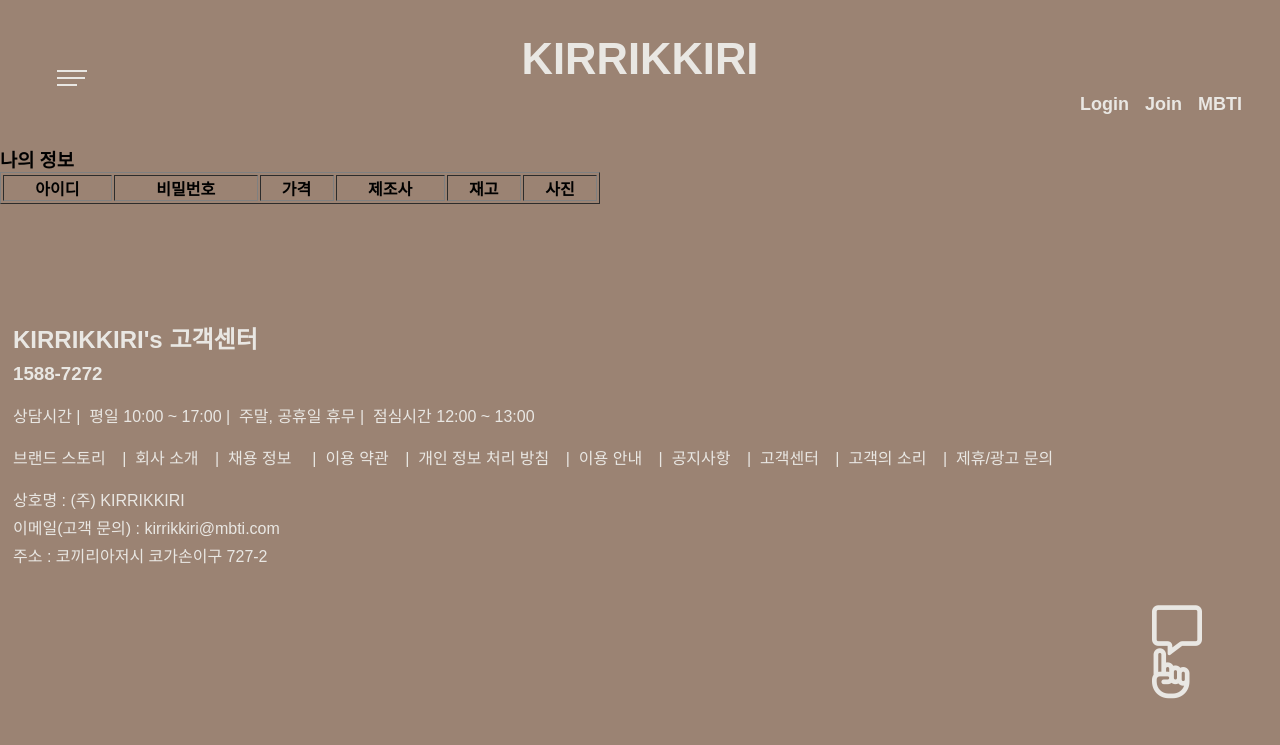
Repository: roditee/backend_mini_project
Page: http://localhost/spring_boot_backend_mini_project/WEB-INF/views/profileListView.jsp
The author's editor kept a copy of each file at every save. The page is drawn from the files as they stood at one save, then again after the next save.
The browser window is 1280 px wide. The pictures show the whole page.
Some web libraries are served in a nearby version. The page is served by Tomcat 9. Nobody is signed in. Other server files are loaded and not shown. The template is opened directly, without the code that normally fills it, so the values that code supplies are empty.

Above is the page before, as saved 2022-01-19 07:48:19.

### spring_boot_backend_mini_project/src/main/webapp/WEB-INF/views/profileListView.jsp
<%@ page language="java" contentType="text/html; charset=UTF-8"
    pageEncoding="UTF-8"%>
<%@ taglib prefix="c" uri="http://java.sun.com/jsp/jstl/core" %>
<!DOCTYPE html>
<html>
	<head>
		<meta charset="UTF-8">
		<title>나의 정보</title>
	</head>
	<body>

		<!-- TOP -->
		<jsp:include page="/WEB-INF/views/layout/top.jsp" flush='true'/>

		<section>
			<h3>나의 정보</h3>
			<table border="1" width="600">
				<tr><th>아이디</th><th>비밀번호</th><th>가격</th>
						<th>제조사</th><th>재고</th><th>사진</th></tr>

			   <c:forEach items="${infoList }" var="info">
			   	<tr><td>${info.memId }</a></td>
			   			<td>${info.memPwd }</td>
			   			<td>${info.memEmail }</td>
			   			<td>${info.memJoinDate }</td>
			   			<td>${info.memMbti }</td>
			   			<td>${info.memHp }</td>
			   			<td>${info.memZipcode }</td>
			   			<td>${info.memAddress1 }</td>
			   			<td>${info.memAddress2 }</td>
			   	</tr>
			   </c:forEach>
			</table><br>
		</section>

		<!-- BOTTOM -->
		<jsp:include page="/WEB-INF/views/layout/bottom.jsp" flush='true'/>

	</body>
</html>

### spring_boot_backend_mini_project/src/main/webapp/WEB-INF/views/layout/top.jsp
<%@ page language="java" contentType="text/html; charset=UTF-8"
    pageEncoding="UTF-8"%>
<%@ taglib prefix="c" uri="http://java.sun.com/jsp/jstl/core"%>
<!DOCTYPE html>
<html>
	<head>
	    <meta charset="UTF-8">
	    <meta http-equiv="X-UA-Compatible" content="IE=edge">
	    <meta name="viewport" content="width=device-width, initial-scale=1.0">
	    <title>KIRRIKKIRI : MBTI 기반 정보 공유</title>
	    <link href="<c:url value='/css/common.css'/>" rel="stylesheet" type="text/css">
	    <link href="<c:url value='/css/menu.css'/>" rel="stylesheet" type="text/css">
	    <link href="<c:url value='/css/mainBanner.css'/>" rel="stylesheet" type="text/css">
	    <link href="<c:url value='/css/section.css'/>" rel="stylesheet" type="text/css">
	    <link href="<c:url value='/css/productDetailView.css'/>" rel="stylesheet" type="text/css">
			<script src="<c:url value='/js/jquery-3.6.0.min.js'/>"></script>
			<script src="<c:url value='/js/main.js'/>"></script>
			<script src="<c:url value='/js/menu.js'/>"></script>
			<script src="<c:url value='/js/chatbot.js'/>"></script>
			<script src="<c:url value='/js/mainBanner.js'/>"></script>
			<script src="<c:url value='/js/zoomImage.js'/>"></script>
	    <script src="<c:url value='/js/mainImg.js'/>"></script>
	    <script src="<c:url value='/js/modal.js'/>"></script>
	    <script src="<c:url value='/js/moveScreen.js'/>"></script>
	    <script src="<c:url value='/js/selectBox.js'/>"></script>
	    <script src="<c:url value='/js/cart.js'/>"></script>
	    <script src="https://kit.fontawesome.com/2d323a629b.js" crossorigin="anonymous"></script>
    </head>
	<body>
		<header>
			<div id="header">
				<div id="mainLogo"><a href="<c:url value='/'/>"><h2>KIRRIKKIRI</h2></a></div>
            	<div id="userManageBtn">
            		<!-- 메뉴 : 로그인 하지 않은 경우  -->
								<c:if test="${empty sessionScope.sid }">
									<a href="<c:url value='/mbtiInfo'/>">MBTI</a>
                  <a href="<c:url value='/join'/>">Join</a>
                  <a href="<c:url value='/login'/>">Login</a>
								</c:if>

								<!-- 메뉴 : 로그인 한 경우  -->
								<c:if test="${not empty sessionScope.sid}">
									<a href="<c:url value='/logout'/>">로그아웃</a>
									<a href="<c:url value='/cart'/>">장바구니</a>
									<a href="<c:url value='/mbtiInfo'/>">MBTI</a>
									<a href="<c:url value='/myFeed'/>">${sessionScope.sid}'s Feed</a>
								</c:if>

                </div>
            </div>
		</header>

        <nav>
            <div class="menu-btn">
                <div class="line line--1"></div>
                <div class="line line--2"></div>
                <div class="line line--3"></div>
            </div>

            <div class="nav-links">
                <ul id="menuGroup">
                    <li class="menu link"><a href="#">NOTICE</a>
                        <ul class="hide">
                            <li class="subMenu"><a href="<c:url value='/'/>">HOME</a></li>
                            <li class="subMenu"><a href="<c:url value='/'/>">공지사항</a></li>
                            <li class="subMenu"><a href="<c:url value='/'/>">EVENT</a></li>
                            <li class="subMenu"><a href="<c:url value='/'/>">FAQ</a></li>
                        </ul>
                    </li>
                    <li class="menu link"><a href="#">MBTI</a>
                        <ul class="hide">
                            <li class="subMenu"><a href="#hotItemsSection">인기 게시글</a></li>
                            <li class="subMenu"><a href="#KIRRIRecommendSection">KIRRI 추천 게시글</a></li>
                            <li class="subMenu"><a href="<c:url value='/mbtiInfo'/>">MBTI 유형별 특징</a></li>
                        </ul>
                    </li>
                    <li class="menu link"><a href="#">KIRRI'S</a>
                        <ul class="hide">
                        		<li class="subMenu"><a href="<c:url value='/'/>">KIRRI's 굿즈</a></li>
                            <li class="subMenu"><a href="<c:url value='/'/>">BrandStory</a></li>
                            <li class="subMenu"><a href="<c:url value='/'/>">주요 사업</a></li>
                            <li class="subMenu"><a href="<c:url value='/'/>">오시는 길</a></li>
                        </ul>
                    </li>
                    <li class="menu link"><a href="#">mbti메뉴</a>
                        <ul class="hide">
                            <li class="subMenu"><a href="<c:url value='/'/>">INTJ</a></li>
                            <li class="subMenu"><a href="<c:url value='/'/>">INTP</a></li>
                            <li class="subMenu"><a href="<c:url value='/'/>">ENTJ</a></li>
                            <li class="subMenu"><a href="<c:url value='/'/>">ENTP</a></li>
                            <li class="subMenu"><a href="<c:url value='/'/>">INFJ</a></li>
                            <li class="subMenu"><a href="<c:url value='/'/>">INFP</a></li>
                            <li class="subMenu"><a href="<c:url value='/'/>">ENFJ</a></li>
                            <li class="subMenu"><a href="<c:url value='/'/>">ENFP</a></li>
                            <li class="subMenu"><a href="<c:url value='/'/>">ISTJ</a></li>
                            <li class="subMenu"><a href="<c:url value='/'/>">ISFJ</a></li>
                            <li class="subMenu"><a href="<c:url value='/'/>">ESTJ</a></li>
                            <li class="subMenu"><a href="<c:url value='/'/>">ESFJ</a></li>
                            <li class="subMenu"><a href="<c:url value='/'/>">ISTP</a></li>
                            <li class="subMenu"><a href="<c:url value='/'/>">ISFP</a></li>
                            <li class="subMenu"><a href="<c:url value='/'/>">ESTP</a></li>
                            <li class="subMenu"><a href="<c:url value='/'/>">ESFP</a></li>
                        </ul>
                    </li>
                </ul>
            </div>
        </nav>
	</body>
</html>

### spring_boot_backend_mini_project/src/main/webapp/WEB-INF/views/layout/bottom.jsp
<%@ page language="java" contentType="text/html; charset=UTF-8"
    pageEncoding="UTF-8"%>
<%@ taglib prefix="c" uri="http://java.sun.com/jsp/jstl/core" %>
<!DOCTYPE html>
<html>
	<head>
		<meta charset="UTF-8">
		<title>KIRRIKKIRI : MBTI 기반 정보 공유</title>
	</head>
	<body>
		<footer>
            <div id="footer">
                <div id="footerInfo">
                    <div id="info1">
                        <h2>KIRRIKKIRI's 고객센터</h2>
                        <h3>1588-7272</h3>
                    </div>
                    <div id="info2">
                        상담시간&nbsp;|&nbsp;
                        평일 10:00 ~ 17:00&nbsp;|&nbsp;
                        주말, 공휴일 휴무&nbsp;|&nbsp;
                        점심시간 12:00 ~ 13:00
                    </div>
                    <div id="info3">
                        <a href="<c:url value='/'/>">브랜드 스토리</a>&nbsp;|&nbsp;
                        <a href="<c:url value='/'/>">회사 소개</a>&nbsp;|&nbsp;
                        <a href="<c:url value='/'/>">채용 정보 </a>&nbsp;|&nbsp;
                        <a href="<c:url value='/'/>">이용 약관</a>&nbsp;|&nbsp;
                        <a href="<c:url value='/'/>">개인 정보 처리 방침</a>&nbsp;|&nbsp;
                        <a href="<c:url value='/'/>">이용 안내</a>&nbsp;|&nbsp;
                        <a href="<c:url value='/'/>">공지사항</a>&nbsp;|&nbsp;
                        <a href="<c:url value='/'/>">고객센터</a>&nbsp;|&nbsp;
                        <a href="<c:url value='/'/>">고객의 소리</a>&nbsp;|&nbsp;
                        <a href="<c:url value='/'/>">제휴/광고 문의</a>
                    </div>
                    <div id="info4">
                        상호명 : (주) KIRRIKKIRI<br/>
                        이메일(고객 문의) : kirrikkiri@mbti.com<br/>
                        주소 : 코끼리아저시 코가손이구 727-2
                    </div>
                </div>
                <div id="toTop">
                    <i id="toTopBtn" class="far fa-hand-point-up"></i>
                </div>
                <div id="chat">
                    <i id="chatbot" class="far fa-comment-alt"></i>
                </div>
            </div>
        </footer>
	</body>
</html>

### spring_boot_backend_mini_project/src/main/resources/static/css/common.css
* {
  margin: 0;
  padding: 0;
  box-sizing: border-box;
}

html {
  scroll-behavior: smooth;
}

html,
body {
  height: 100%;
}

body {
  background: #9b8373;
}
#wrap {
  width: 1500px;
  margin: 0 auto;
}

/************* Header ************/
#header {
  position: relative;
  width: 100%;
  height: 120px;
  background: #9b8373;
  text-align: center;
}

/* main logo */
#mainLogo {
  padding: 10px;
  margin-top: 25px;
}

#mainLogo a {
  text-decoration: none;
  color: #e9e7e3;
  margin-top: 17px;
  font-size: 29px;
}

#mainLogo h2 {
  display: inline;
}

/* btn */
#userManageBtn {
  margin-right: 30px;
}

#userManageBtn > a {
  float: right;
  color: #e9e7e3;
  text-decoration: none;
  font-size: 18px;
  font-weight: bold;
  padding: 0 8px;
}

#userManageBtn > a:hover {
  color: black;
}

/************* SearchBar ************/
#SearchBarBox {
  padding: 50px 0;
}

#SearchBar {
  display: flex;
  justify-content: space-evenly;
  align-items: center;
  width: 40%;
  height: 65px;
  font-size: 20px;
  background-color: #e0d0c0;
  border-radius: 50px;
  padding: 0 20px;
  margin: 0 auto;
}

#SearchBar > div:nth-child(2) {
  width: 80%;
}

#SearchBar:hover {
  background-color: rgb(209, 192, 175);
}

#searchBarInput {
  width: 100%;
  height: 40px;
  background: transparent;
  border: none;
  padding-left: 25px;
  font-size: 20px;
}

#searchBarInput:focus {
  outline: none;
}

#searchBtn {
	visibility: hidden;
}

#SearchBar i:hover {
  opacity: 0.5;
}

/* hotItems */

.mbtiItemsImg {
  box-shadow: 10px 10px 10px -5px rgba(25, 42, 70, 0.2);
  border-radius: 8px;
  margin: 0 10px;
  transition: 0.4s;
  flex-shrink: 0;
}

.mbtiItemsImg:hover {
  box-shadow: 10px 10px 10px 0px rgba(25, 42, 70, 0.2);
  transform: translate(0, -5px);
}

#hotItemsSection {
  margin-top: 145px;
}

.class-list {
  display: flex;
  list-style: none;
  padding: 1rem 0;
  margin: 0;
  overflow: none;
}

a {
  text-decoration-line: none;
}

.class-card {
  height: 300px;
  width: 200px;
  margin: 0 20px;
  transition: 0.4s;
  border-radius: 20px;
  box-shadow: 10px 10px 10px -5px rgba(25, 42, 70, 0.2);
  background-color: #947070;
  transition: 0.4s;
  flex-shrink: 0;
}

.class-card2 {
  height: 450px;
  width: 400px;
  margin: 0 20px;
  transition: 0.4s;
  border-radius: 20px;
  box-shadow: 10px 10px 10px -5px rgba(25, 42, 70, 0.2);
  background-color: #947070;
  transition: 0.4s;
  flex-shrink: 0;
}

.class-card:hover {
  box-shadow: 10px 10px 10px 0px rgba(25, 42, 70, 0.2);
  transform: translate(0, -5px);
}

.class-card2:hover {
  box-shadow: 10px 10px 10px 0px rgba(25, 42, 70, 0.2);
  transform: translate(0, -5px);
}

.class-image {
  max-width: 200px;
  border-radius: 8px 8px 0 0;
}

.class-image2 {
  max-width: 400px;
  max-height: 300px;
  border-radius: 8px 8px 0 0;
}

.class-container {
  width: 100%;
  padding: 0.5rem 1rem 1rem 1rem;
}

.class-skill {
  display: flex;
  justify-content: space-between;
  align-items: center;
}

.class-type {
  font-size: 0.9rem;
  color: #e9e7e3;
}

.class-format {
  font-size: 0.9rem;
  color: #fff;
  background-color: #bd8f3c;
  padding: 0.2rem;
}

.class-desc {
  width: 100%;
  margin-top: 1rem;
  color: #e9e7e3;
}

.class-desc:hover {
  color: #f8b132;
}

.class-title {
  font-weight: bold;
  color: inherit;
  width: 100%;
  white-space: nowrap;
  overflow: hidden;
  text-overflow: ellipsis;
  margin-bottom: 0.5rem;
}

.class-detail {
  font-size: 0.9rem;
  color: inherit;
  line-height: 1.5rem;
}

/************* Footer ************/
#footer {
  margin-top: 150px;
  width: 100%;
  height: 400px;
  padding: 80px 13px 35px 13px;
  background: #9b8373;
}

/* info */
#info1 h3 {
  margin-top: 8px;
}

#footerInfo > div {
  margin-top: 18px;
  color:#e9e7e3;
}

#footer a {
  text-decoration: none;
  color: #e9e7e3;
  margin: 0 12px 0 0;
}

#info4 {
  line-height: 28px;
}

/* toTopBtn */
#toTopBtn {
  position: fixed;
  top: 90%;
  left: 90%;
  font-size: 50px;
  color:#e9e7e3;
}

#toTopBtn:hover {
  opacity: 0.7;
  cursor: pointer;
}

/* chatbot */
#chatbot {
  position: fixed;
  top: 84%;
  left: 90%;
  font-size: 50px;
  color:#e9e7e3;
}

#chatbot:hover {
  opacity: 0.7;
  cursor: pointer;
}

### spring_boot_backend_mini_project/src/main/resources/static/css/menu.css
/************* Menu ************/
nav {
  /* overflow: hidden; */
  position: relative;
  transform: translateX(-170px);
  width: 270px;
  transition: all 800ms cubic-bezier(0.8, 0, 0.33, 1);
  border-radius: 0% 0% 100% 50%;
}

nav.nav-open {
  transform: translateX(0px);
  border-radius: 0% 0% 0% 0%;
  background: rgba(255, 255, 255, 0.6);
  z-index: 10000;
}

nav .menu-btn {
  position: fixed;
  top: -80px;
  left: 84%;
  padding: 0;
  width: 30px;
  cursor: pointer;
  z-index: 2;
}

nav .menu-btn .line {
  padding: 0;
  width: 30px;
  background:#e9e7e3;
  height: 2px;
  margin: 5px 0;
  transition: all 700ms cubic-bezier(0.9, 0, 0.33, 1);
}

nav .menu-btn .line.line--1 {
  width: 30px;
  transform: rotate(0) translateY(0);
}

nav .menu-btn .line.line--1.line-cross {
  width: 30px;
  transform: rotate(45deg) translateY(10px);
  background: #e9e7e3;
}

nav .menu-btn .line.line--2 {
  width: 28px;
  transform: translateX(0);
}

nav .menu-btn .line.line--2.line-fade-out {
  width: 28px;
  transform: translate(30px);
  opacity: 0;
}

nav .menu-btn .line.line--3 {
  width: 20px;
  transform: rotate(0) translateY(0);
}

nav .menu-btn .line.line--3.line-cross {
  width: 30px;
  transform: rotate(-45deg) translateY(-10px);
  background: #e9e7e3;
}

nav .nav-links {
  position: absolute;
  left: 0;
  top: 0;
  width: 100%;
  height: 100%;
  display: flex;
  flex-direction: column;
  justify-content: center;
  transform: translateX(-100px);
  opacity: 0;
  transition: all 900ms cubic-bezier(0.9, 0, 0.33, 1);
}

nav .nav-links.fade-in {
  opacity: 1;
  transform: translateX(0px);
}

nav .nav-links .link {
  margin: 20px 0 30px 0;
  text-decoration: none;
  font-family: sans-serif;
  color: #e9e7e3;
  font-weight: 700;
  text-transform: uppercase;
  font-size: 10px;
  transition: all 300ms cubic-bezier(0.9, 0, 0.33, 1);
}

nav .nav-links .link:hover {
  color: #e9e7e3;
}

.link a {
  margin: 0 20px;
  color: rgb(70, 53, 40);
  font-size: 18px;
  transition: all 400ms ease;
  font-size: 18px;
}

a:hover {
  color: #8b6452;
}

#subMenuList {
  list-style: none;
}

#menuGroup {
  list-style: none;
  position: absolute;
  top: -100px;
  background: #e0d0c0;
  z-index: 100;
  border-top-right-radius: 78px;
  border-bottom-right-radius: 78px;
  width: 205px;
}

.menu .hide {
  display: none;
}

.hide {
  list-style: none;
  padding-left: 10px;
  padding-top: 4px;
}

.subMenu {
  margin-bottom: 3px;
}

.subMenu > a {
  text-decoration: none;
}

### spring_boot_backend_mini_project/src/main/resources/static/css/mainBanner.css
/* mainBanner.css */

#mainBanner {
  position: relative;
  width: 100%;
  height: 570px;
  background: #f4f2f1;
  z-index: -100;
}

/* 폰트 적용 */
@import url(//fonts.googleapis.com/earlyaccess/notosanskr.css);

html {
  font-family: "Noto Sans KR", sans-serif;
}

/* 노말라이즈 */
body,
ul,
li,
h1,
h2,
h3,
h4,
h5 {
  margin: 0;
  padding: 0;
  list-style: none;
}

a {
  color: inherit;
  text-decoration: none;
}

/* 커스텀 */

/* 슬라이더 1 시작 */
.slider-1 {
  height: 400px;
  position: relative;
}

/* 슬라이더 1 - 페이지 버튼 */
.slider-1 > .page-btns {
  text-align: center;
  position: absolute;
  bottom: 20px;
  left: 0;
  width: 100%;
}

.slider-1 > .page-btns > div {
  width: 20px;
  height: 20px;
  background-color: rgba(255, 255, 255, 0.5);
  border-radius: 4px;
  display: inline-block;
  cursor: pointer;
}

.slider-1 > .page-btns > div.active {
  background-color: rgba(255, 255, 255, 1);
}

/* 슬라이더 1 - 슬라이드 */

.slider-1 > .slides > div {
  position: absolute;
  top: 0;
  left: 0;
  right: 0;
  bottom: 0;
  opacity: 0;
  transition: opacity 0.3s;
  background-position: center;
  background-size: cover;
  background-repeat: no-repeat;
}

.slider-1 > .slides > div.active {
  opacity: 1;
}

/* 슬라이더 좌우 버튼 */
.slider-1 > .side-btns > div {
  position: absolute;
  top: 0;
  left: 0;
  width: 25%;
  height: 100%;
  cursor: pointer;
}
.slider-1 > .side-btns > div:last-child {
  left: auto;
  right: 0;
}
.slider-1 > .side-btns > div > span {
  position: absolute;
  top: 50%;
  left: 20px;
  transform: translatey(-50%);
  background-color: white;
  opacity: 0.5;
  padding: 1px 13px;
  border-radius: 50px;
  font-size: 25px;
}
.slider-1 > .side-btns > div:last-child > span {
  left: auto;
  right: 20px;
}

/* 슬라이더 1 끝 */

/************* prev/next Button ************/
#prevNextBtnGroup {
  position: relative;
  z-index: 10;
}

#prevBtn {
  position: absolute;
  top: 240px;
  left: 2%;
  width: 65px;
  opacity: 0.6;
  cursor: pointer;
  color: red;
}

#nextBtn {
  position: absolute;
  top: 240px;
  right: 2%;
  width: 65px;
  opacity: 0.6;
  cursor: pointer;
  color: red;
}

#prevBtn:hover {
  opacity: 0.8;
}
#nextBtn:hover {
  opacity: 0.8;
}

/************* slideBanner ************/
#slideBannerGroup {
  width: 100%;
  height: 530px;
  overflow: hidden;
  text-align: center;
}

#slideBanner {
  position: relative;
  width: 7500px;
  height: 530px;
}

.bannerItems {
  float: left;
  width: 1500px;
  height: 530px;
}

/************* 배너 하단 control Button ************/
#bannerControlGroup {
  margin: 0 auto;
  width: 160px;
  text-align: center;
}

.bannerControl {
  margin: 15px 5px 0 5px;
  width: 12px;
  height: 12px;
}

### spring_boot_backend_mini_project/src/main/resources/static/css/section.css
/************* Section ************/

/************* MBTI Category ************/
#mbtiCtgGroup {
  width: 100%;
  height: 300px;
  margin-top: 40px;
  background: #9b8373;
  height: 205px;
  padding: 23px 0;
}

.mbtiCtg {
  display: flex;
  list-style: none;
  justify-content: space-evenly;
  margin: 17px 70px 0px 70px;
}

.mbtiItemsImg > img {
  width: 63px;
  height: 63px;
  border-radius: 16px;
}

.mbtiItemsImg > img:hover {
  opacity: 0.6;
}

.mbtiCtgItems a {
  color: #e9e7e3;
  text-decoration: none;
  font-weight: bold;
}

.mbtiItemsText {
  text-align: center;
}

/************* 인기 게시글 ************/
#hotItemsSection {
  width: 100%;
  background: #9b8373;
  padding: 35px 0;
}

#hotItemsSection > h2 {
  padding: 0px 13px 13px 38px;
  color: #e9e7e3;
}

.hotItemGroup {
  display: flex;
  justify-content: space-evenly;
}

.hotItems {
  width: 200px;
  height: 250px;
  border-radius: 20px;
  background: white;
  margin: 10px 0;
}

.hotItems:hover {
  opacity: 0.8;
}

/************* 추천게시글 ************/
#KIRRIRecommendSection, #KIRRIGoodsSection {
  width: 100%;
  height: 450px;
  background: #9b8373;
  padding: 35px 0;
  margin-bottom: 90px;
  padding-top: 75px;
}

#KIRRIRecommendSection h2, #KIRRIGoodsSection h2 {
  padding: 0px 13px 13px 38px;
  color:#e9e7e3;
}
.KIRRIRecommendGroup, .KIRRIGoodsGroup {
  display: flex;
  justify-content: space-evenly;
}

.KIRRIRecommendItems {
  width: 400px;
  height: 350px;
  border-radius: 20px;
  background: white;
  margin: 10px 0;
}

.KIRRIRecommendItems:hover {
  opacity: 0.8;
}

Loaded but not shown: spring_boot_backend_mini_project/src/main/resources/static/js/jquery-3.6.0.min.js (library); spring_boot_backend_mini_project/src/main/resources/static/js/cart.js (common file); spring_boot_backend_mini_project/src/main/resources/static/js/mainImg.js (65 lines, source omitted); spring_boot_backend_mini_project/src/main/resources/static/js/zoomImage.js (106 lines, source omitted); spring_boot_backend_mini_project/src/main/resources/static/js/mainBanner.js (70 lines, source omitted); spring_boot_backend_mini_project/src/main/resources/static/js/menu.js (28 lines, source omitted); spring_boot_backend_mini_project/src/main/resources/static/js/chatbot.js (33 lines, source omitted); spring_boot_backend_mini_project/src/main/resources/static/js/modal.js (17 lines, source omitted); spring_boot_backend_mini_project/src/main/resources/static/js/moveScreen.js (17 lines, source omitted); spring_boot_backend_mini_project/src/main/resources/static/js/selectBox.js (13 lines, source omitted); spring_boot_backend_mini_project/src/main/resources/static/js/main.js (8 lines, source omitted); spring_boot_backend_mini_project/src/main/resources/static/css/productDetailView.css (528 lines, source omitted)

After the next save:
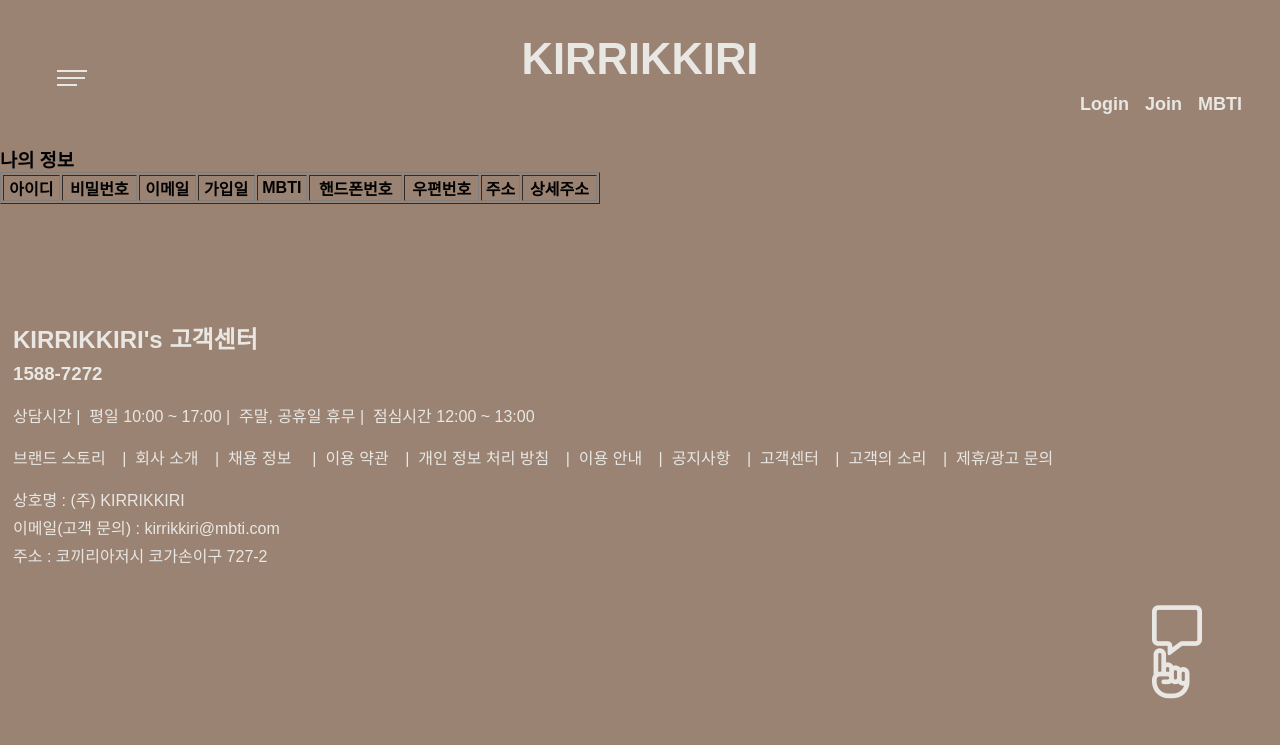
Saved 52 s later.
--- a/spring_boot_backend_mini_project/src/main/webapp/WEB-INF/views/profileListView.jsp
+++ b/spring_boot_backend_mini_project/src/main/webapp/WEB-INF/views/profileListView.jsp
@@ -15,8 +15,7 @@
 		<section>
 			<h3>나의 정보</h3>
 			<table border="1" width="600">
-				<tr><th>아이디</th><th>비밀번호</th><th>가격</th>
-						<th>제조사</th><th>재고</th><th>사진</th></tr>
+				<tr><th>아이디</th><th>비밀번호</th><th>이메일</th><th>가입일</th><th>MBTI</th><th>핸드폰번호</th><th>우편번호</th><th>주소</th><th>상세주소</th></tr>
 
 			   <c:forEach items="${infoList }" var="info">
 			   	<tr><td>${info.memId }</a></td>
